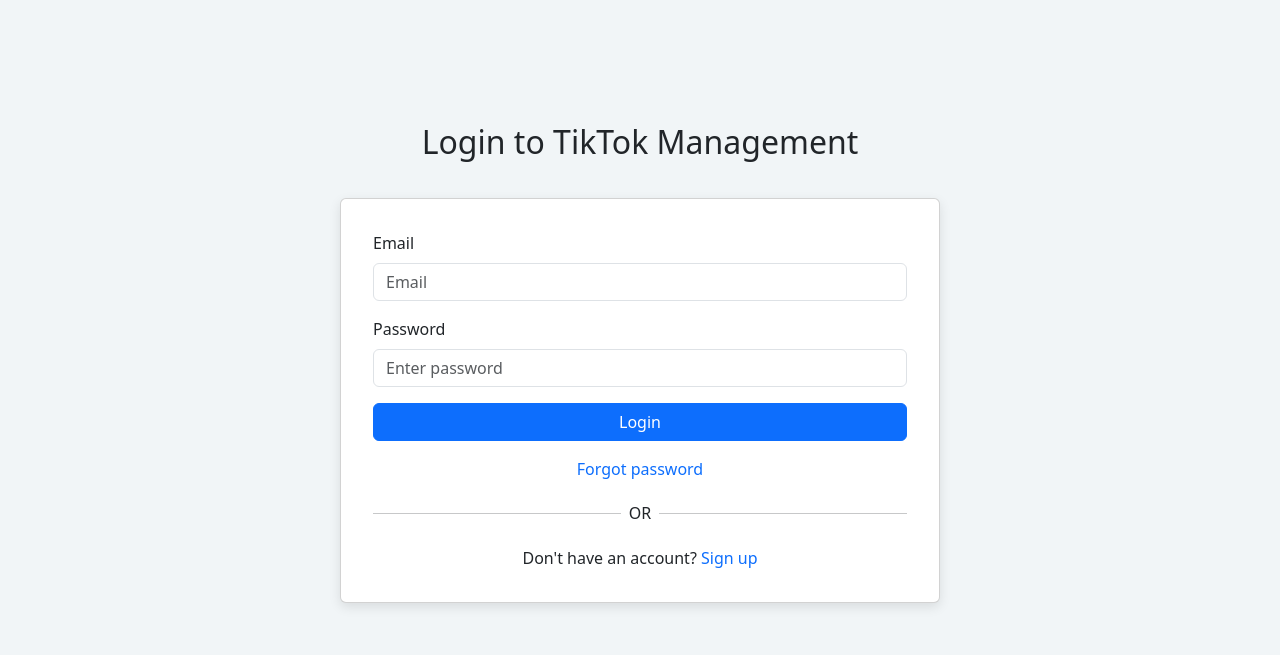
Repository: chaolaolo/tikcrm-fe
Page: /
An editor plug-in stored every save of this project. The page is shown before and after the next save, followed by the edit.
The browser window is 1280 px wide. The pictures show the whole page.
The project was rebuilt for these pictures with package versions that can differ from the ones it lists, and the page was loaded fresh each time. Also part of the build but not shown: vite.config.ts, src/pages/Home/Settings.tsx, src/pages/Home/HomePage.tsx. Imported but missing from the stored project, and not drawn on this page: src/pages/Home/Dashboard, src/pages/Register/RegisterPage.

Above is the page before, as saved 2025-05-22 22:29:19.

After the next save:
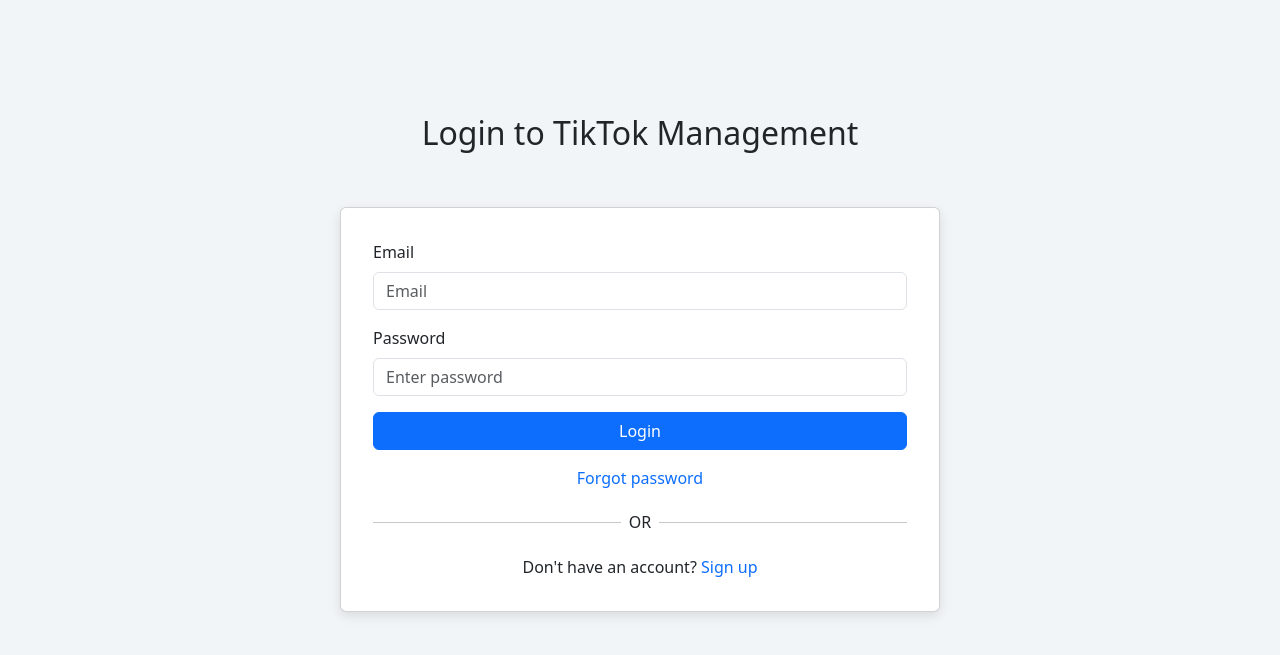
Saved 4 s later.
--- a/src/pages/Auth/LoginPage.tsx
+++ b/src/pages/Auth/LoginPage.tsx
@@ -16,7 +16,7 @@
         <div className="w-100" style={{ maxWidth: '600px', }}>
           <p className="text-center mb-8 fs-2">Login to TikTok Management</p>
           <div className="card  p-8 " style={{
-            marginTop: '20px',
+            marginTop: '50px',
             backgroundColor: 'white',
             boxShadow: '0 4px 12px rgba(0, 0, 0, 0.1)'
           }}>
